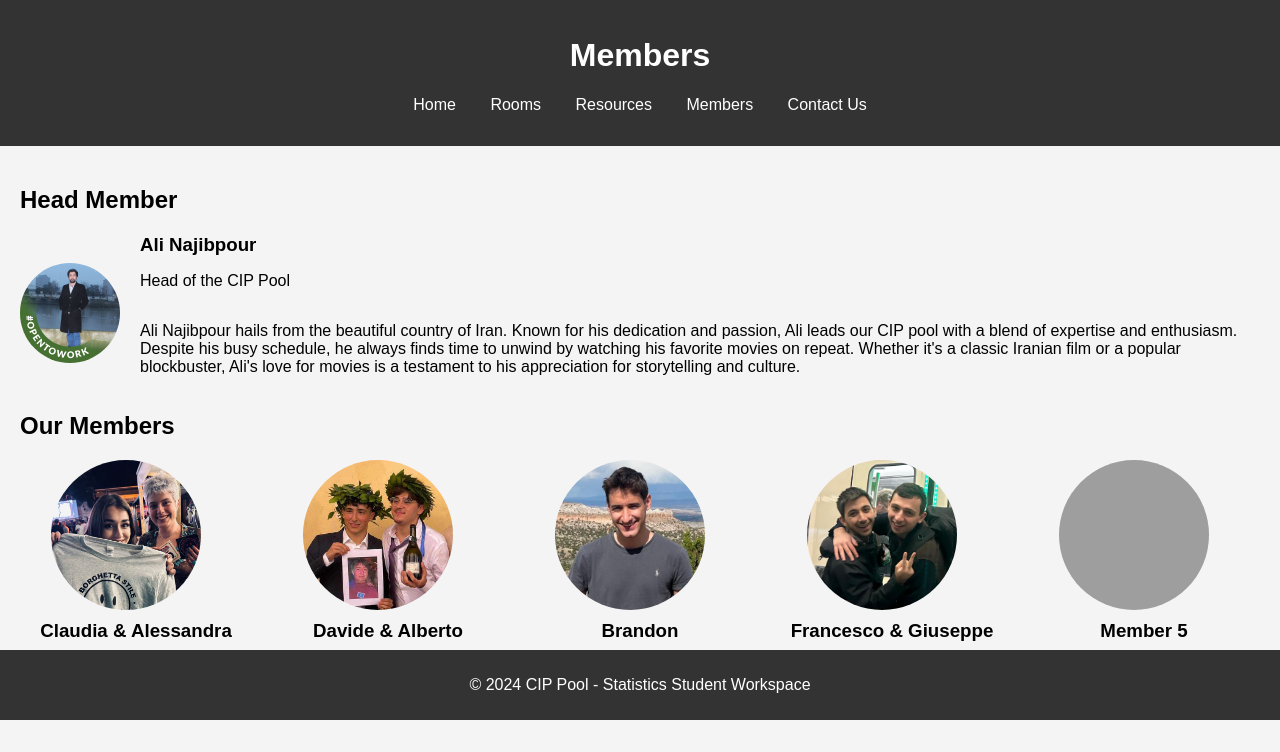
Repository: anjalisarawgi/cip_website
Page: members.html
These files come from the project's save history. The page is drawn as it stood at one moment and after the next save; the edit follows.
The browser window is 1280 px wide. The pictures show the whole page.
Pictures or frames that could not be fetched are drawn as grey boxes.

Above is the page before, as saved 2024-06-14 12:01:35.

After the next save:
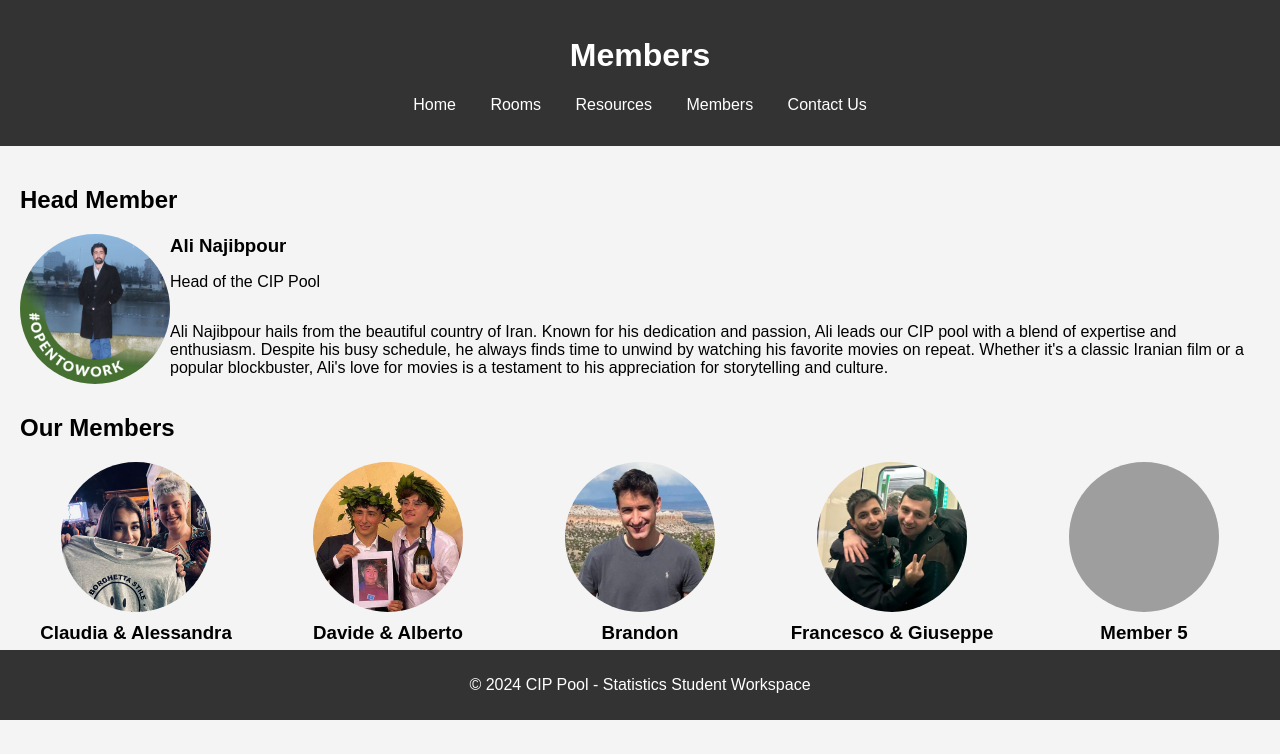
Saved 63 s later.
--- a/styles.css
+++ b/styles.css
@@ -53,10 +53,12 @@ section {
 
 .member-photo {
     border-radius: 50%;
-    margin-right: 20px;
-    width: 100px;
-    height: 100px;
+    width: 150px;
+    height: 150px;
+    object-fit: cover;
+    margin-bottom: 10px;
 }
+
 
 .member-info {
     display: flex;
